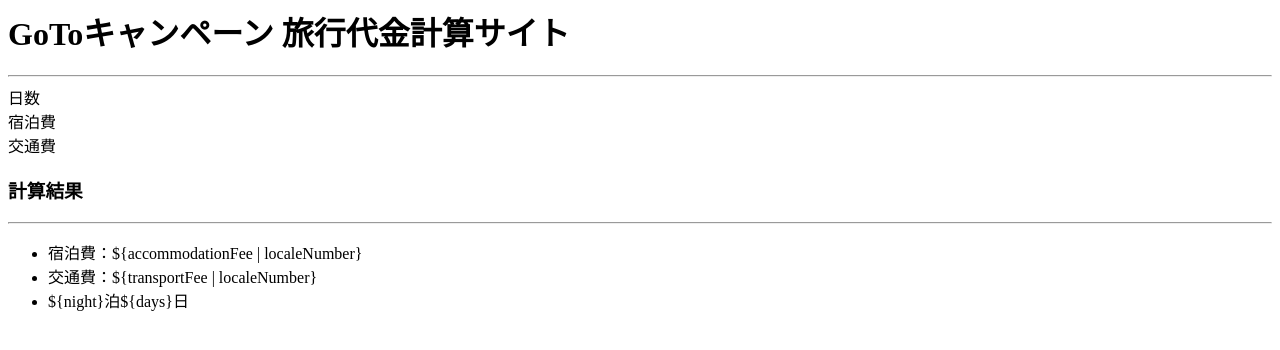
Repository: Ischca/ischca.github.io
Page: src/my-app.html
An editor plug-in stored every save of this project. The page is shown before and after the next save, followed by the edit.
The browser window is 1280 px wide. The pictures show the whole page.

Above is the page before, as saved 2020-10-02 15:32:41.

After the next save:
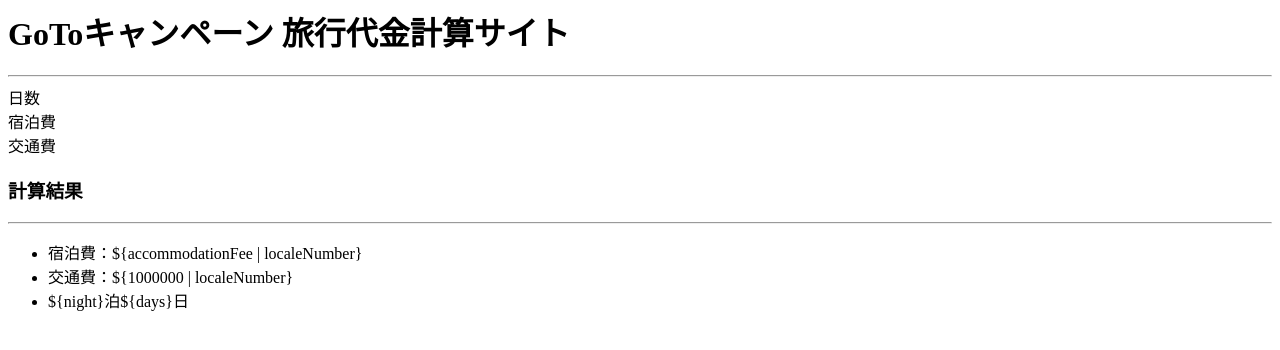
Saved 12 min 55 s later.
--- a/src/my-app.html
+++ b/src/my-app.html
@@ -40,7 +40,7 @@
                 宿泊費：${accommodationFee | localeNumber}
             </li>
             <li class="list-group-item">
-                交通費：${transportFee | localeNumber}
+                交通費：${1000000 | localeNumber}
             </li>
             <li class="list-group-item">
                 ${night}泊${days}日

After the save that followed:
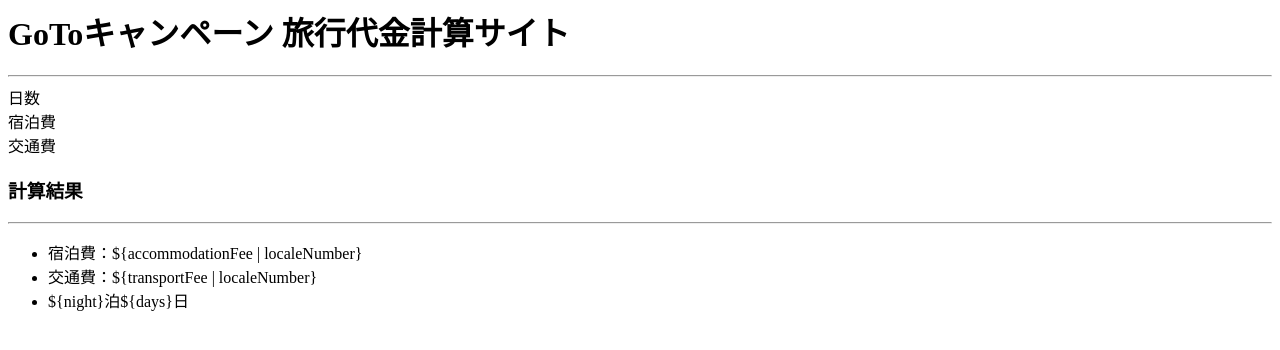
Saved 6 s later.
--- a/src/my-app.html
+++ b/src/my-app.html
@@ -40,7 +40,7 @@
                 宿泊費：${accommodationFee | localeNumber}
             </li>
             <li class="list-group-item">
-                交通費：${1000000 | localeNumber}
+                交通費：${transportFee | localeNumber}
             </li>
             <li class="list-group-item">
                 ${night}泊${days}日
